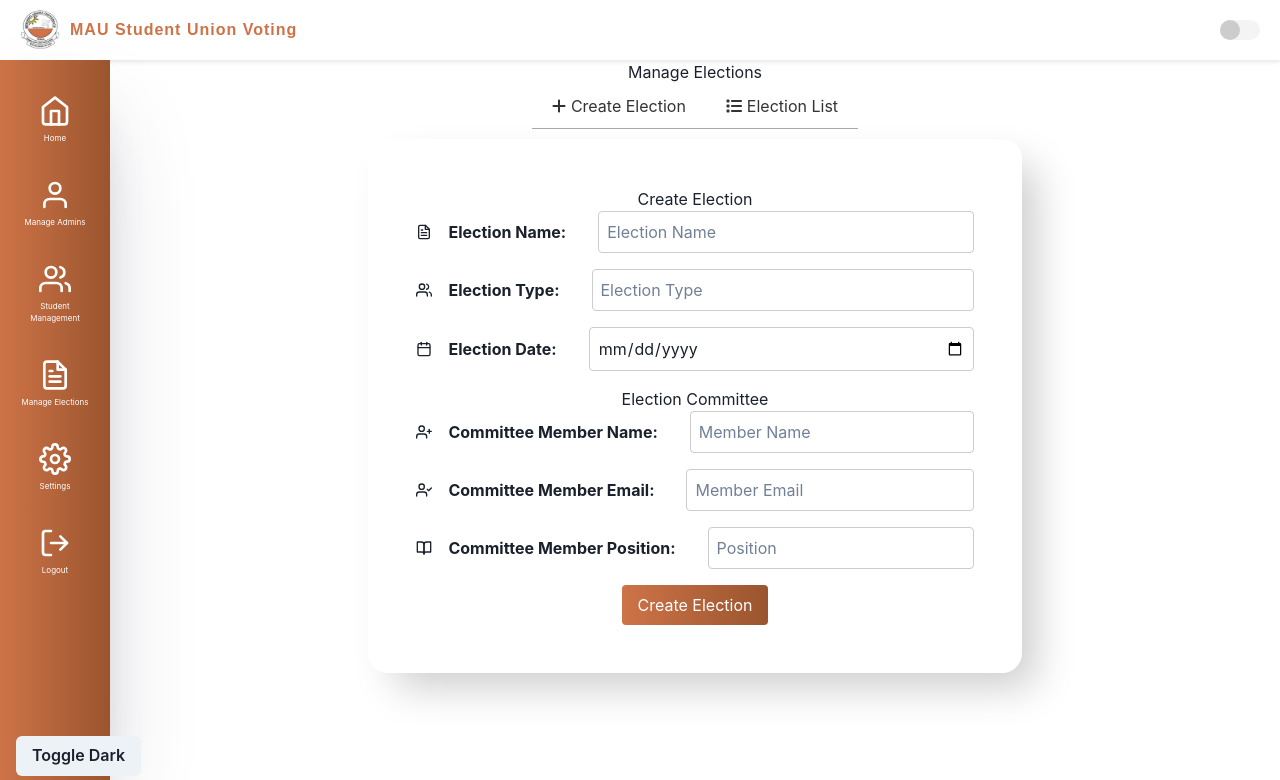
Repository: joena1o/e-vote
Page: /admin-dashboard/manage-elections
The author's editor kept a copy of each file at every save. The page is drawn from the files as they stood at one save, then again after the next save.
The browser window is 1280 px wide. The pictures show the whole page.
The project was rebuilt for these pictures with package versions that can differ from the ones it lists, and the page was loaded fresh each time. Also part of the build but not shown: src/components/EnhancedLogin.js, src/components/maincontent/RegisterStudents/ManageStudents.js, src/components/maincontent/RegisterStudents/RegisterStudents.js, src/components/maincontent/RegisterStudents/StudentManagement.js, src/components/maincontent/ElectionResults/ViewResults.js, src/components/maincontent/Settings/Settings.js, src/api/index.js, src/components/maincontent/home/Home.styles.js and 5 more.

Above is the page before, as saved 2023-10-20 12:19:04.

After the next save:
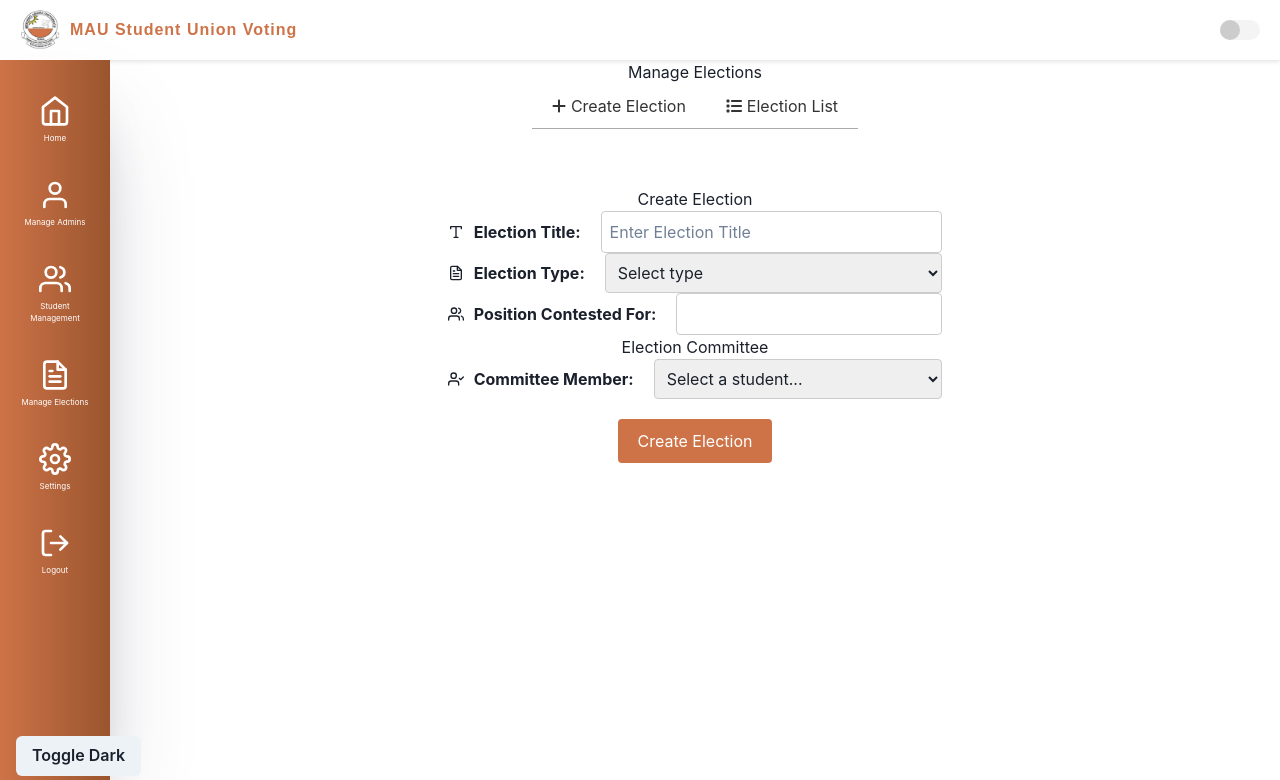
Saved 17 min 32 s later.
--- a/src/components/maincontent/ManageElections/CreateElection.js
+++ b/src/components/maincontent/ManageElections/CreateElection.js
@@ -1,106 +1,115 @@
-import React from 'react';
+import React, { useState } from 'react';
 import styled from 'styled-components';
-import {
-  FiCalendar,
-  FiUsers,
-  FiFileText,
-  FiBookOpen,
-  FiUserCheck,
-  FiUserPlus,
-  FiPlusCircle,
-} from 'react-icons/fi';
+import { FiCalendar, FiUsers, FiFileText, FiUserCheck, FiClipboard, FiType } from 'react-icons/fi';
 
 const Form = styled.form`
   background: rgba(255,255,255,0.3);
   padding: 3em;
-  border-radius: 20px;
+  border-radius: 0;
   backdrop-filter: blur(10px);
-  box-shadow: 20px 20px 40px -6px rgba(0,0,0,0.2);
   text-align: center;
 `;
 
 const FormField = styled.div`
   display: flex;
-  flex-direction: row;
   align-items: center;
-  gap: 1rem;
-  margin-bottom: 1rem;
+  gap: 10px;
 `;
 
 const FormLabel = styled.label`
   font-weight: bold;
-  margin-right: 1rem;
+  margin-right: 10px;
 `;
 
 const FormInput = styled.input`
-  flex: 1;
+  flex-grow: 1;
   padding: 0.5rem;
   border: 1px solid #ccc;
   border-radius: 4px;
   font-size: 1rem;
 `;
 
-const CreateButton = styled.button`
-  padding: 0.5rem 1rem;
-  background: linear-gradient(to right, #ce7348, #9a552e);
+const FormSelect = styled.select`
+  flex-grow: 1;
+  padding: 0.5rem;
+  border: 1px solid #ccc;
+  border-radius: 4px;
+  font-size: 1rem;
+`;
+
+const SubmitButton = styled.button`
+  margin-top: 20px;
+  padding: 10px 20px;
+  background-color: #ce7348;
   border: none;
   border-radius: 4px;
   font-size: 1rem;
   color: white;
   cursor: pointer;
-  transition: background 0.2s ease-in-out;
-
-  &:hover {
-    background: linear-gradient(to right, #9a552e, #ce7348);
-  }
 `;
 
 const CreateElection = () => {
+  const [electionType, setElectionType] = useState('');
+  const [students] = useState([
+    'john.doe@example.com',
+    'jane.smith@example.com',
+    // Add more students as required
+  ]);
+
   return (
     <Form>
       <h2>Create Election</h2>
 
       <FormField>
-        <FiFileText />
-        <FormLabel htmlFor="name">Election Name:</FormLabel>
-        <FormInput id="name" name="name" type="text" placeholder="Election Name" />
+        <FiType />
+        <FormLabel htmlFor="electionTitle">Election Title:</FormLabel>
+        <FormInput id="electionTitle" name="electionTitle" type="text" placeholder="Enter Election Title" />
       </FormField>
 
       <FormField>
-        <FiUsers />
-        <FormLabel htmlFor="type">Election Type:</FormLabel>
-        <FormInput id="type" name="type" type="text" placeholder="Election Type" />
+        <FiFileText />
+        <FormLabel htmlFor="electionType">Election Type:</FormLabel>
+        <FormSelect
+          id="electionType"
+          name="electionType"
+          onChange={e => setElectionType(e.target.value)}
+        >
+          <option value="">Select type</option>
+          <option value="general">General</option>
+          <option value="faculty">Faculty</option>
+          <option value="department">Department</option>
+        </FormSelect>
       </FormField>
 
+      {(electionType === 'faculty' || electionType === 'department') && (
+        <FormField>
+          <FiClipboard />
+          <FormLabel htmlFor="name">{electionType.charAt(0).toUpperCase() + electionType.slice(1)} Name:</FormLabel>
+          <FormInput id="name" name="name" type="text" />
+        </FormField>
+      )}
+
       <FormField>
-        <FiCalendar />
-        <FormLabel htmlFor="date">Election Date:</FormLabel>
-        <FormInput id="date" name="date" type="date" />
+        <FiUsers />
+        <FormLabel htmlFor="position">Position Contested For:</FormLabel>
+        <FormInput id="position" name="position" type="text" />
       </FormField>
 
       <h3>Election Committee</h3>
-
       <FormField>
-        <FiUserPlus />
-        <FormLabel htmlFor="committeeName">Committee Member Name:</FormLabel>
-        <FormInput id="committeeName" name="committeeName" type="text" placeholder="Member Name" />
+        <FiUserCheck />
+        <FormLabel htmlFor="committeeEmail">Committee Member:</FormLabel>
+        <FormSelect id="committeeEmail" name="committeeEmail">
+          <option value="">Select a student...</option>
+          {students.map(email => (
+            <option key={email} value={email}>
+              {email}
+            </option>
+          ))}
+        </FormSelect>
       </FormField>
 
-      <FormField>
-        <FiUserCheck />
-        <FormLabel htmlFor="committeeEmail">Committee Member Email:</FormLabel>
-        <FormInput id="committeeEmail" name="committeeEmail" type="email" placeholder="Member Email" />
-      </FormField>
-
-      <FormField>
-        <FiBookOpen />
-        <FormLabel htmlFor="committeePosition">Committee Member Position:</FormLabel>
-        <FormInput id="committeePosition" name="committeePosition" type="text" placeholder="Position" />
-      </FormField>
-
-      {/* You can add a button here to dynamically add more fields for additional committee members. */}
-
-      <CreateButton>Create Election</CreateButton>
+      <SubmitButton>Create Election</SubmitButton>
     </Form>
   );
 };
